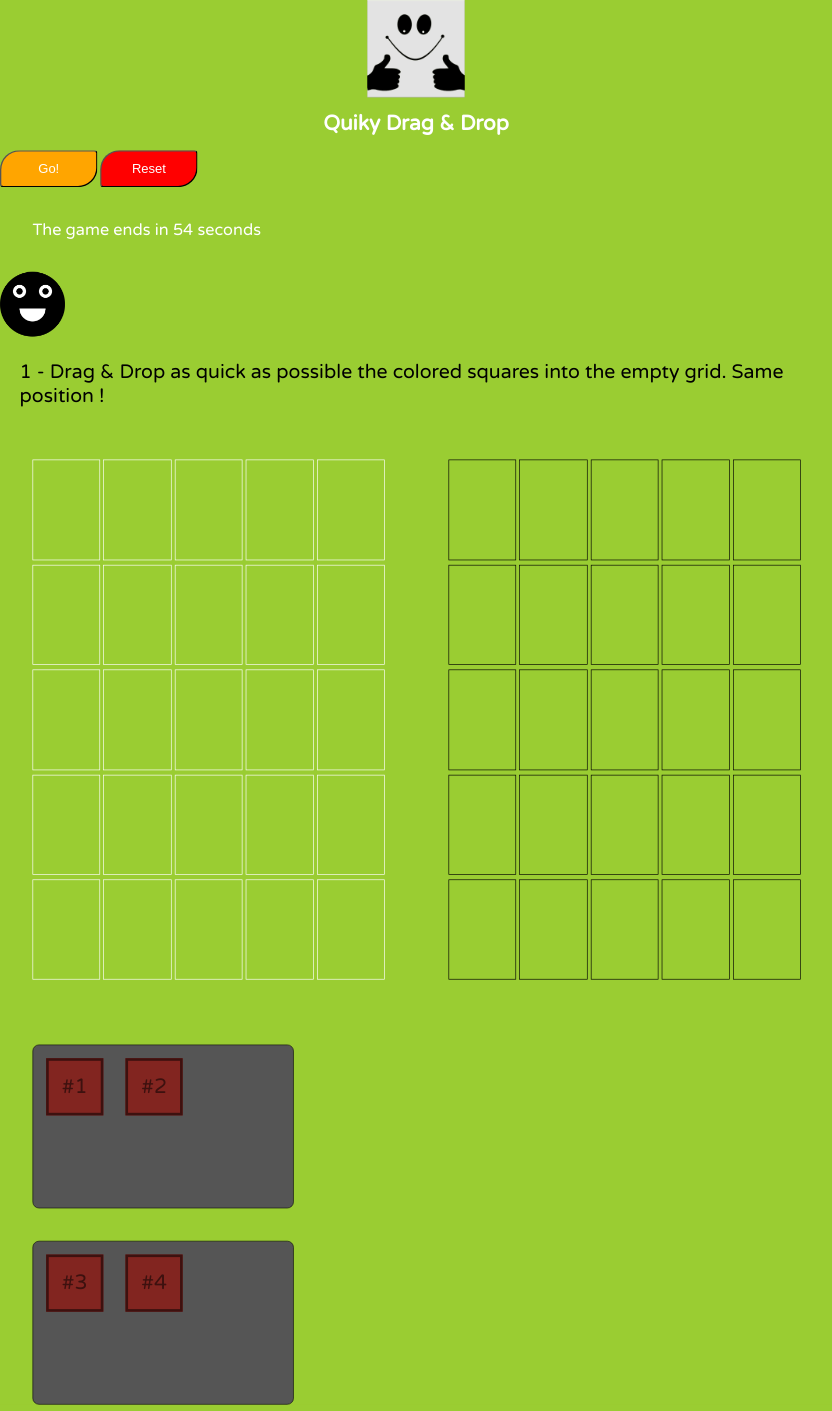
Repository: Siehan/Quiky-drag-and-drop
Page: index.html
These files come from the project's save history. The page is drawn as it stood at one moment and after the next save; the edit follows.
The browser window is 1280 px wide. The pictures show the whole page, at 65% of full size.

Above is the page before, as saved 2020-01-22 15:11:24.
Console error: TypeError: Cannot read properties of null (reading 'addEventListener')

### index.html
<!DOCTYPE html>
<html lang="en">

<head>
  <meta charset="UTF-8">
  <meta name="viewport" content="width=device-width, initial-scale=1.0">
  <meta http-equiv="X-UA-Compatible" content="ie=edge">
  <link rel="stylesheet" type="text/css" href="style.css">
  <script type="module" src="grid.js"></script>
  <script type="text/javascript"></script>
  <title>Document</title>
</head>

<body>
  <header>
    <img class="thumbs-face" src="images/Thumbs-Up-Smiley-Face.png" alt="thumbs face">
    <h1>Quiky Drag & Drop</h1>
    <button id="button-go">Go!</button>
    <button id="button-reset">Reset</button>
  </header>

  <div id="time"></div>
  <img class="black-face" src="images/1297390581.png" alt="black face">

  <p>1 - Drag & Drop as quick as possible the colored squares into the empty grid. Same position !</p>
  <div id="container">

    <div class="container-one"></div>
    <div class="container-two"></div>
  </div>

  <div class="dropper">
    <div class="draggable">#1</div>
    <div class="draggable">#2</div>
  </div>
  <div class="dropper">
    <div class="draggable">#3</div>
    <div class="draggable">#4</div>
  </div>

</body>

</html>

### style.css
@import url("https://fonts.googleapis.com/css?family=Varela+Round&display=swap");

body, html {
  font-family: 'Varela Round', sans-serif;
  background: yellowgreen;
  color: white;
  margin: 0 auto;
  padding: 0;
}

#button-go {
  width: 150px;
  color: white;
  font-size: 20px;
  background-color: orange;
  padding: 15px;
  border-radius: 30px 5px;
}

#button-reset {
  width: 150px;
  color: white;
  font-size: 20px;
  background-color: red;
  padding: 15px;
  border-radius: 30px 5px;
}

h1 {
  color: white;
  text-align: center;
  border-style: 1px black;
}

p {
  padding: 30px;
  margin: auto;
  font-family: 'Varela Round', sans-serif;
  font-size: 30px;
  color: black;
}

.black-face {
  width: 100px;
}

.thumbs-face {
  width: 150px;
  display: block;
  margin-left: auto;
  margin-right: auto;
  padding-top:
}


#container {
  display: flex;
}

.container-one {
  display: grid;
  padding: 50px;
  grid-template-columns: repeat(5,1fr);
  grid-template-rows: repeat(5,1fr);
  width: 800px;
  height: 800px;
  grid-gap: 7px;
}

.container-two {
  display: grid;
  padding: 50px;
  grid-template-columns: repeat(5,1fr);
  grid-template-rows: repeat(5,1fr);
  width: 800px;
  height: 800px;
  grid-gap: 7px;
}

.container-one div {
  border: 1.5px solid white;
  width: 100%;
}

.container-two div {
  border: 1.5px solid black;
  width: 100%;
}

#time {
  padding: 50px;
  margin: auto;
  color: white;
  font-size: 25px;
}

.dropper {
    margin: 50px 10px 10px 50px;
    width: 400px;
    height: 250px;
    background-color: #555;
    border: 1px solid #111;

    border-radius: 10px;
    transition: all 200ms linear;
}

.drop_hover {
    box-shadow: 0 0 30px rgba(0, 0, 0, 0.8) inset;
}

.draggable {
    display: inline-block;
    margin: 20px 10px 10px 20px;
    padding-top: 20px;
    width: 80px;
    height: 60px;
    color: #3D110F;
    background-color: #822520;
    border: 4px solid #3D110F;
    text-align: center;
    font-size: 2em;
    cursor: move;

    transition: all 200ms linear;
    user-select: none;
}

### grid.js
function selectGeometricForms() {
    const btn = document.getElementById("button-go");
    const btnReset = document.getElementById("button-reset");
}

function setBlockColor() {
    const cases = document.querySelectorAll(".container-one div");
    cases.forEach(
        c =>
            c.style.background = getRandomColor())
}

function getRandomColor() {
    var letters = '0123456789ABCDEF';
    var color = '#';
    for (var i = 0; i < 6; i++) {
        color += letters[Math.floor(Math.random() * 16)];
    }
    return color;
}

function hourglass(id, cpt, lim, prev, next, callback) {
    (function f() {
        var el = document.getElementById(id);
        el.innerHTML = prev + cpt + next;
        if (cpt > lim) {
            cpt--;
            setTimeout(f, 999);
        } else if (callback) {
            callback();
        }
    })();
}

window.onload = function () {
    hourglass('time', 59, 0, 'The game ends in ', ' seconds', function () {
        alert("Game over !");
    });
};

for (let i = 0; i <= 24; i++) {
    var containerOne = document.querySelector(".container-one");
    var newDiv = document.createElement("div");
    newDiv.className = ("caseOne-" + i + " caseTableau1")
    containerOne.appendChild(newDiv);

}
console.log(containerOne);

for (let i = 0; i <= 24; i++) {
    var containerTwo = document.querySelector(".container-two");
    var newDiv2 = document.createElement("div");
    newDiv2.className = ("caseTwo-" + i + " caseTableau2")
    containerTwo.appendChild(newDiv2);
}
console.log(containerTwo);

var dragImg = new Image();
dragImg.src = 'drag_img.png';

document.querySelector('*[draggable="true"]').addEventListener('dragstart', function (e) {

    e.dataTransfer.setDragImage(dragImg, 40, 40); // Une position de 40x40 pixels centrera l'image (de 80x80 pixels) sous le curseur

});
(function () {

    var dndHandler = {

        draggedElement: null, // Propriété pointant vers l'élément en cours de déplacement

        applyDragEvents: function (element) {

            element.draggable = true;

            var dndHandler = this; // Cette variable est nécessaire pour que l'événement « dragstart » ci-dessous accède facilement au namespace « dndHandler »

            element.addEventListener('dragstart', function (e) {
                dndHandler.draggedElement = e.target; // On sauvegarde l'élément en cours de déplacement
                e.dataTransfer.setData('text/plain', ''); // Nécessaire pour Firefox
            });

        },

        applyDropEvents: function (dropper) {

            dropper.addEventListener('dragover', function (e) {
                e.preventDefault(); // On autorise le drop d'éléments
                this.className = 'dropper drop_hover'; // Et on applique le style adéquat à notre zone de drop quand un élément la survole
            });

            dropper.addEventListener('dragleave', function () {
                this.className = 'dropper'; // On revient au style de base lorsque l'élément quitte la zone de drop
            });

            var dndHandler = this; // Cette variable est nécessaire pour que l'événement « drop » ci-dessous accède facilement au namespace « dndHandler »

            dropper.addEventListener('drop', function (e) {

                var target = e.target,
                    draggedElement = dndHandler.draggedElement, // Récupération de l'élément concerné
                    clonedElement = draggedElement.cloneNode(true); // On créé immédiatement le clone de cet élément

                while (target.className.indexOf('dropper') == -1) { // Cette boucle permet de remonter jusqu'à la zone de drop parente
                    target = target.parentNode;
                }

                target.className = 'dropper'; // Application du style par défaut

                clonedElement = target.appendChild(clonedElement); // Ajout de l'élément cloné à la zone de drop actuelle
                dndHandler.applyDragEvents(clonedElement); // Nouvelle application des événements qui ont été perdus lors du cloneNode()

                draggedElement.parentNode.removeChild(draggedElement); // Suppression de l'élément d'origine

            });

        }

    };

    var elements = document.querySelectorAll('.draggable'),
        elementsLen = elements.length;

    for (var i = 0; i < elementsLen; i++) {
        dndHandler.applyDragEvents(elements[i]); // Application des paramètres nécessaires aux éléments déplaçables
    }

    var droppers = document.querySelectorAll('.dropper'),
        droppersLen = droppers.length;

    for (var i = 0; i < droppersLen; i++) {
        dndHandler.applyDropEvents(droppers[i]); // Application des événements nécessaires aux zones de drop
    }

})();


setBlockColor()

After the next save:
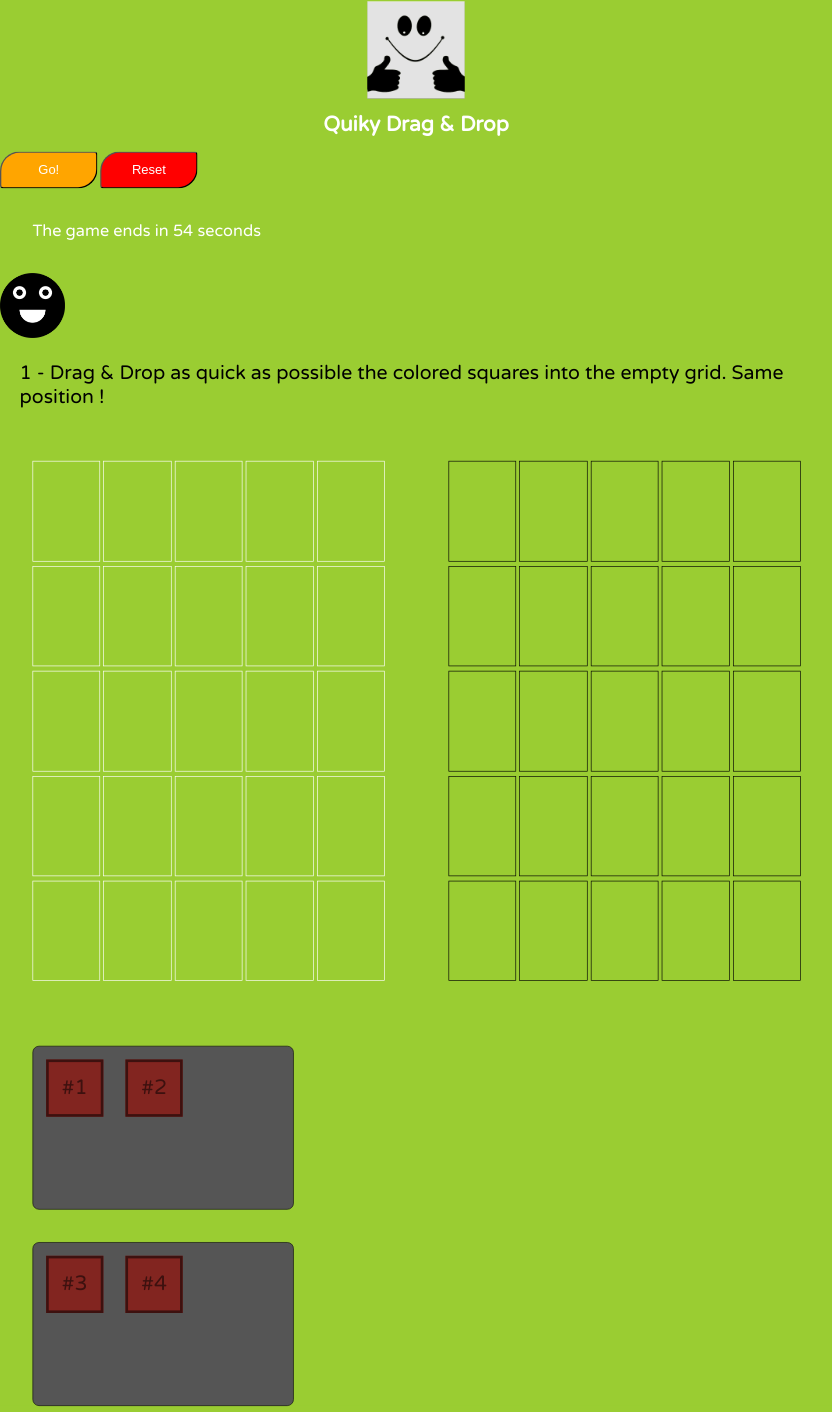
Saved 5 s later.
--- a/style.css
+++ b/style.css
@@ -49,7 +49,7 @@ p {
   display: block;
   margin-left: auto;
   margin-right: auto;
-  padding-top:
+  padding-top: 2px;
 }
 
 
